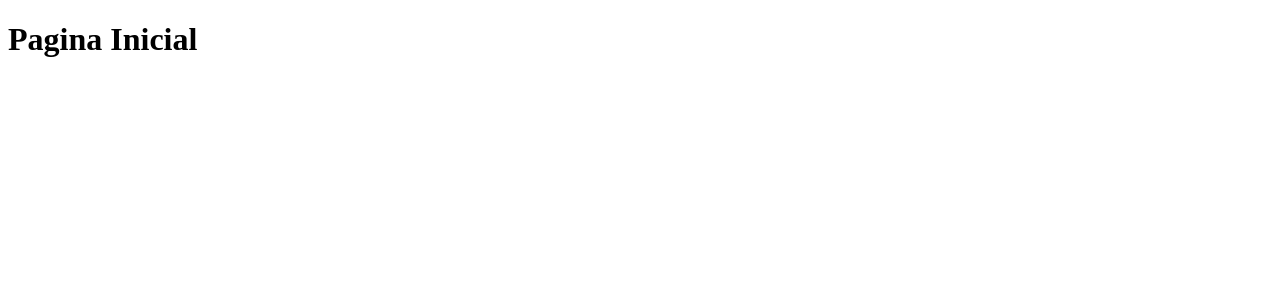
Repository: felipepalma14/Divus
Page: academiaweb/WebContent/index.html
These files come from the project's save history. The page is drawn as it stood at one moment and after the next save; the edit follows.
The browser window is 1280 px wide. The pictures show the whole page.

Above is the page before, as saved 2015-08-01 13:43:56.

### academiaweb/WebContent/index.html
<!DOCTYPE html>
<html>

<head>
<meta charset="UTF-8">
<title>My First Page!!!</title>
</head>

<!-- Configuração -->

<body>
	<!-- h1 >> para titulo -->
	<h1>Pagina Inicial</h1>

</body>
</html>

After the next save:
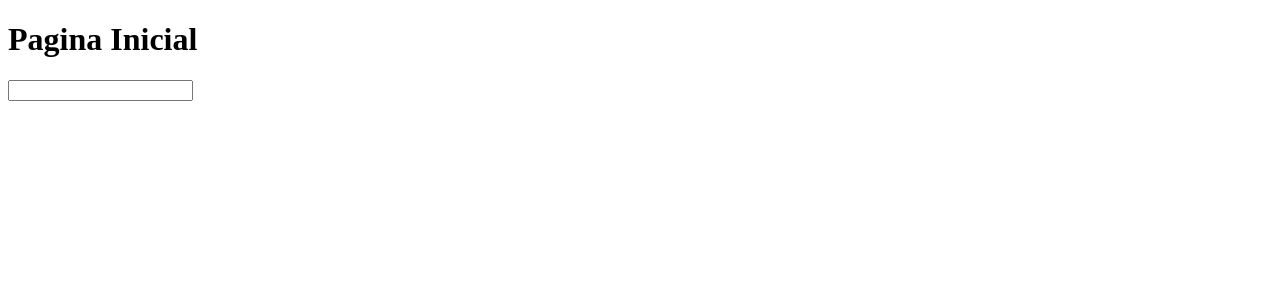
Saved 2 min 56 s later.
--- a/academiaweb/WebContent/index.html
+++ b/academiaweb/WebContent/index.html
@@ -12,5 +12,9 @@
 	<!-- h1 >> para titulo -->
 	<h1>Pagina Inicial</h1>
 
+	<form action="www.dontpad.com/aj35">
+		<input type="text" name = "lol">
+	</form>
+
 </body>
 </html>
